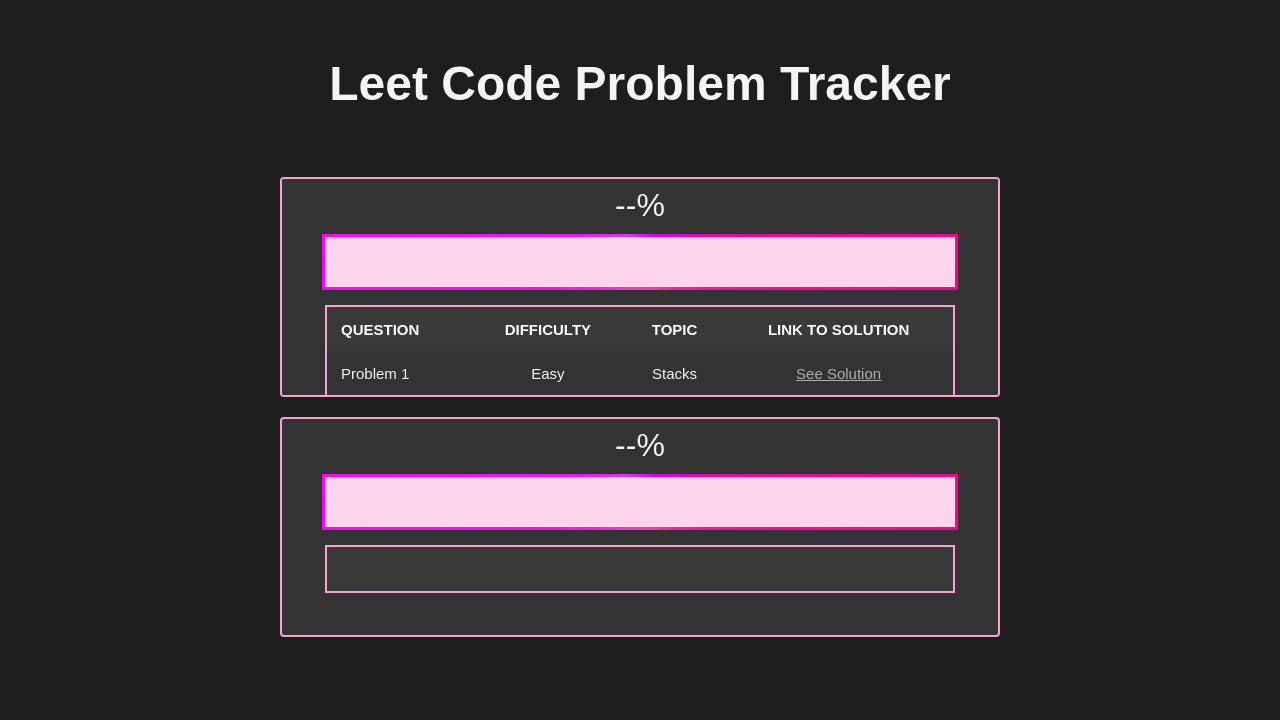
Repository: bbrockbrown/leet-code-tracker
Page: index.html
The author's editor kept a copy of each file at every save. The page is drawn from the files as they stood at one save, then again after the next save.
The browser window is 1280 px wide. The pictures show the whole page.

Above is the page before, as saved 2024-07-28 17:29:34.

After the next save:
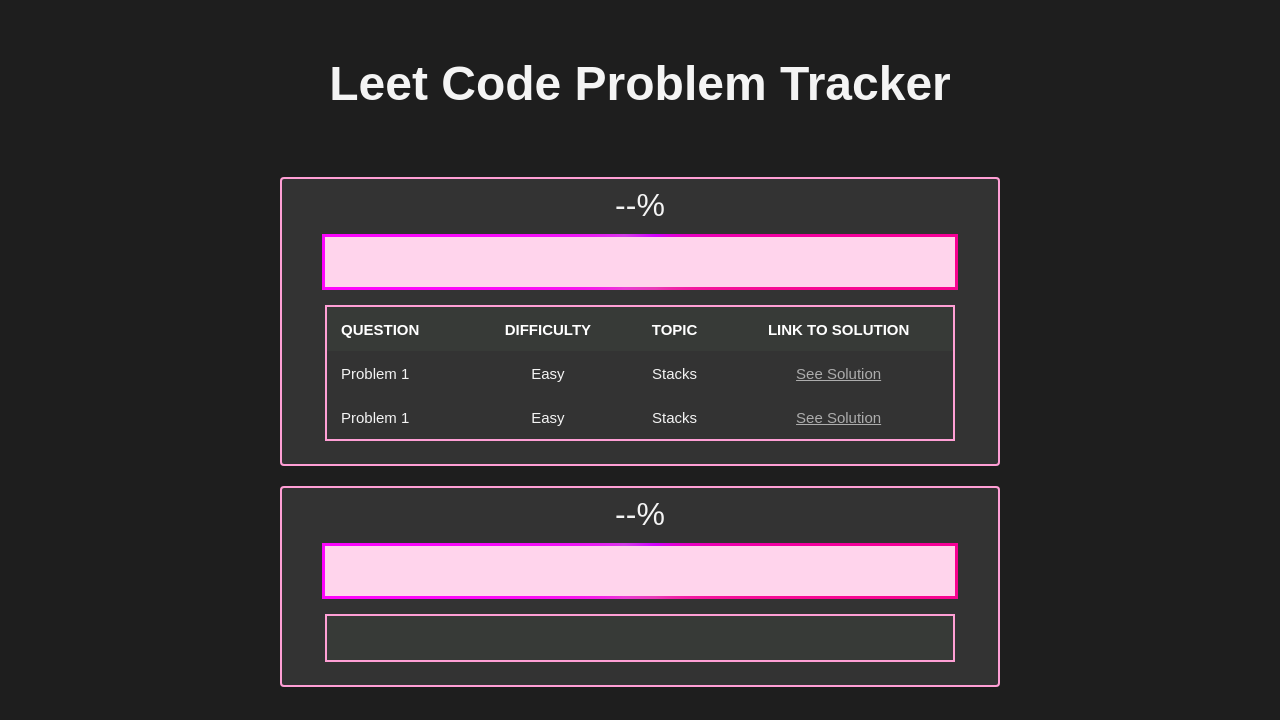
Saved 32 s later.
--- a/styles.css
+++ b/styles.css
@@ -54,7 +54,7 @@
     font-size: 32px;
     text-align: center;
     box-shadow: 8px rgb(255, 159, 213, 0.8);
-    height: 200px;
+    height: 80%;
     width: 700px;
     padding: 8px;
     background-color: #333;

After the save that followed:
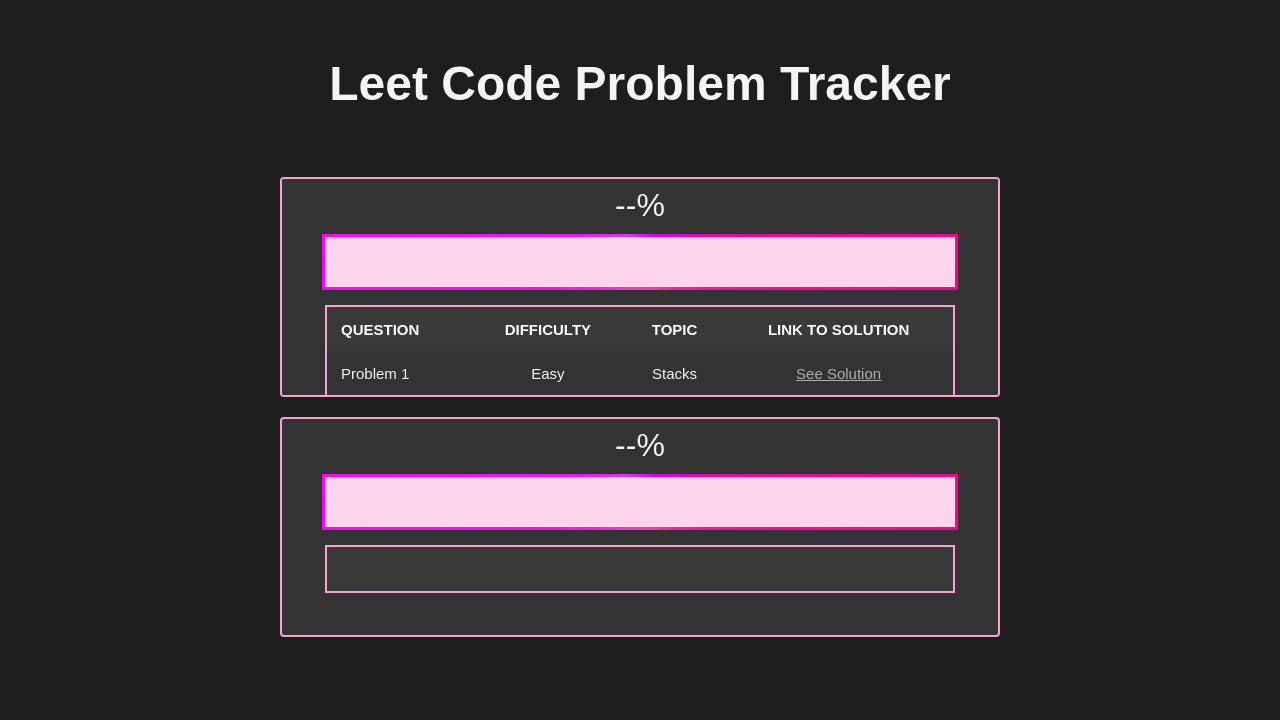
Saved 63 s later.
--- a/styles.css
+++ b/styles.css
@@ -45,7 +45,7 @@
     flex-flow: row wrap;
     align-items: center;
     justify-content: space-evenly;
-
+    height: 100%;
 }
 
 .todo-tracking, .completed-tracking {
@@ -54,7 +54,7 @@
     font-size: 32px;
     text-align: center;
     box-shadow: 8px rgb(255, 159, 213, 0.8);
-    height: 80%;
+    height: 200px;
     width: 700px;
     padding: 8px;
     background-color: #333;
